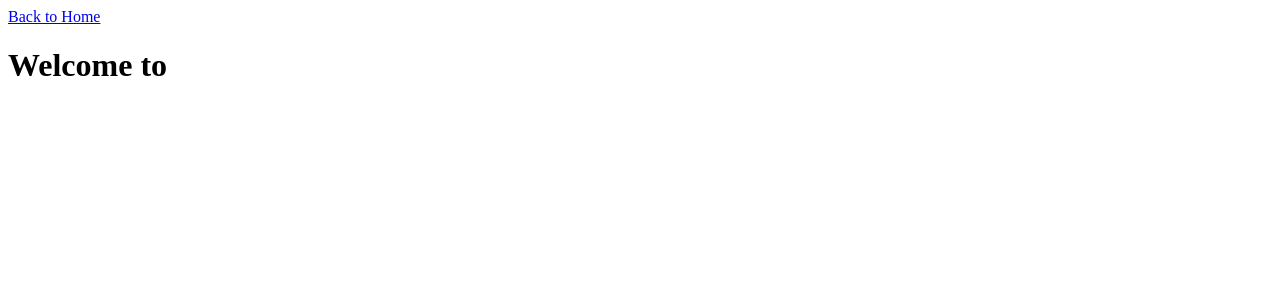
Repository: Rajasekaran0415/LifeCare-Management-System
Page: Project/nurseHompage.html
These files come from the project's save history. The page is drawn as it stood at one moment and after the next save; the edit follows.
The browser window is 1280 px wide. The pictures show the whole page.

Above is the page before, as saved 2026-01-28 21:47:53.

### Project/nurseHompage.html
<!DOCTYPE html>
<html lang="en">
<head>
    <meta charset="UTF-8">
    <meta name="viewport" content="width=device-width, initial-scale=1.0">
    <title>Nurse Homepage</title>
</head>
<body>
    <div class="container py-5">
           <div class="text-start mb-4 animate__animated animate__fadeIn">
            <a href="index.html" class="text-white text-decoration-none small opacity-75">
                <i class="bi bi-house-door me-2"></i>Back to Home
            </a>
            <h1>Welcome to </h1>
        </div>
    </div>
</body>
</html>

After the next save:
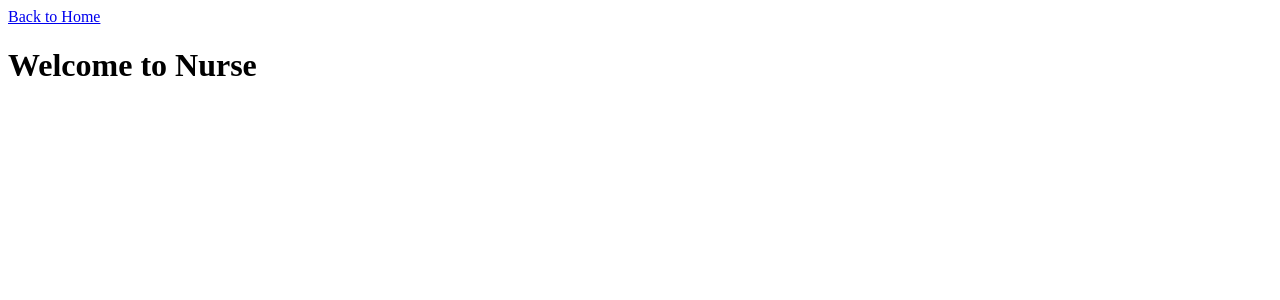
Saved 4 s later.
--- a/Project/nurseHompage.html
+++ b/Project/nurseHompage.html
@@ -11,7 +11,7 @@
             <a href="index.html" class="text-white text-decoration-none small opacity-75">
                 <i class="bi bi-house-door me-2"></i>Back to Home
             </a>
-            <h1>Welcome to </h1>
+            <h1>Welcome to Nurse</h1>
         </div>
     </div>
 </body>
